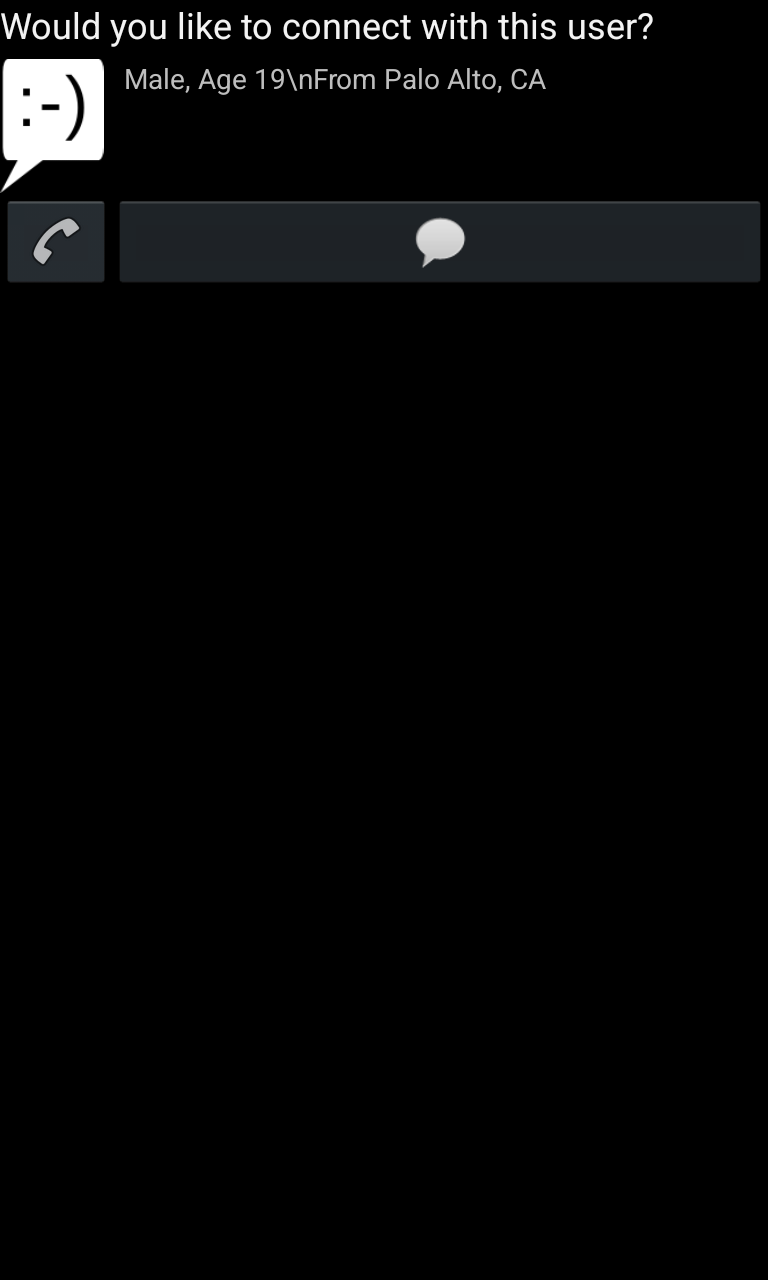
Repository: thomasteisberg/FamiliarFaces
Layout: Android/FamiliarFacesAndroid/res/layout/proposeconnection.xml
The author's editor kept a copy of each file at every save. The layout is drawn from the files as they stood at one save, then again after the next save.
It is drawn on a 768 x 1280 px phone screen (xhdpi) without system bars, with theme android:Theme.Holo; the app's code is not run.

Above is the layout before, as saved 2014-02-15 14:14:35.

### Android/FamiliarFacesAndroid/res/layout/proposeconnection.xml
<?xml version="1.0" encoding="utf-8"?>
<LinearLayout xmlns:android="http://schemas.android.com/apk/res/android"
    android:layout_width="match_parent"
    android:layout_height="match_parent"
    android:orientation="vertical">

    <TextView
        android:id="@+id/textView1"
        android:layout_width="wrap_content"
        android:layout_height="wrap_content"
        android:text="Would you like to connect with this user?"
        android:textAppearance="?android:attr/textAppearanceMedium" />

    <LinearLayout
        android:layout_width="match_parent"
        android:layout_height="wrap_content"
        android:layout_marginTop="10px">

        <ImageView
            android:id="@+id/imageView1"
            android:layout_width="52dp"
            android:layout_height="67dp"
            android:src="@drawable/icon" />

        <TextView
            android:id="@+id/textView2"
            android:layout_width="wrap_content"
            android:layout_height="wrap_content"
            android:text="Male, Age 19\nFrom Palo Alto, CA"
            android:textAppearance="?android:attr/textAppearanceSmall"
            android:layout_marginLeft="10dip" />
    </LinearLayout>

    <RelativeLayout
        android:layout_width="match_parent"
        android:layout_height="wrap_content"
        android:gravity="left" >

        <ImageButton
            android:id="@+id/imageButton1"
            android:layout_width="wrap_content"
            android:layout_height="wrap_content"
            android:layout_alignParentLeft="true"
            android:layout_alignParentTop="true"
            android:src="@android:drawable/ic_menu_call" />

        <ImageButton
            android:id="@+id/imageButton1"
            android:layout_width="wrap_content"
            android:layout_height="wrap_content"
            android:layout_alignParentLeft="true"
            android:layout_below="@+id/imageButton1"
            android:layout_alignParentLeft="true"
            android:src="@android:drawable/ic_menu_call" />

        <ImageButton
            android:id="@+id/imageButton2"
            android:layout_width="wrap_content"
            android:layout_height="wrap_content"
            android:layout_centerVertical="true"
            android:layout_toRightOf="@+id/imageButton1"
            android:layout_alignParentRight="true"
            android:src="@android:drawable/sym_action_chat" />

    </RelativeLayout>

</LinearLayout>

After the next save:
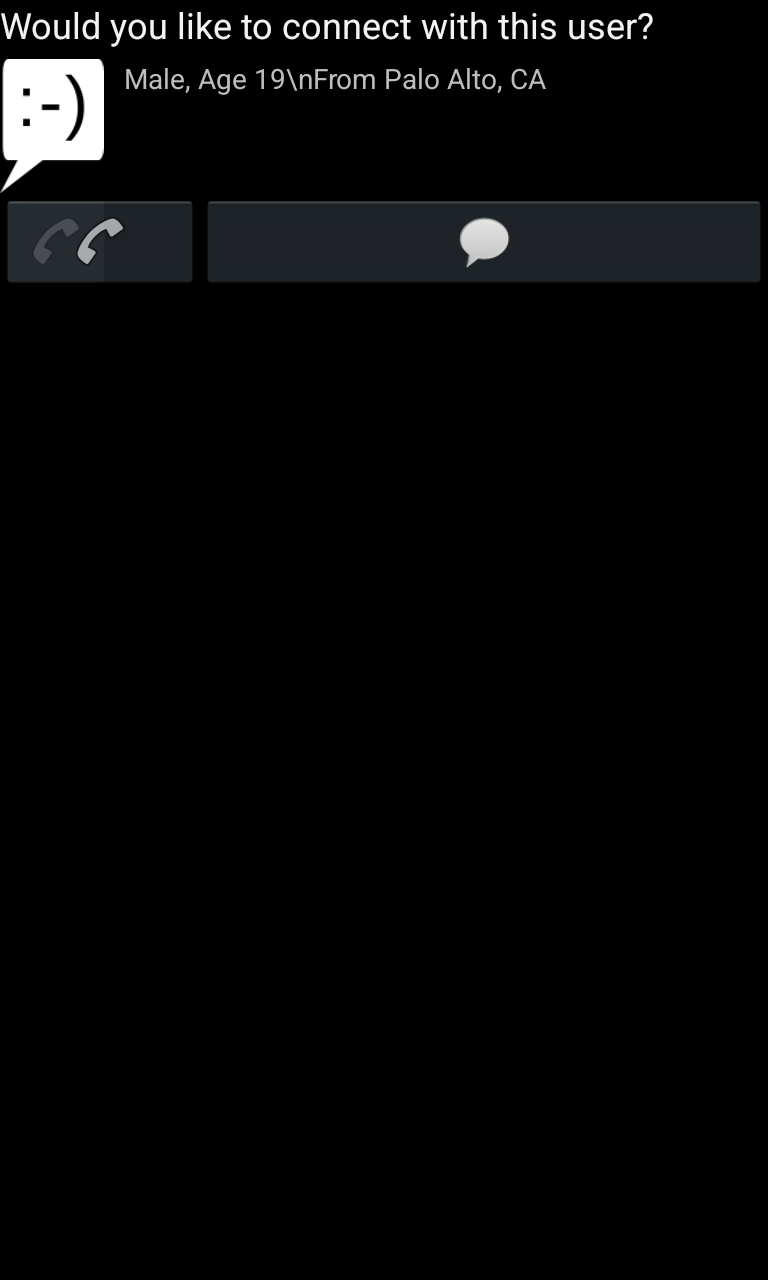
Saved 15 s later.
--- a/Android/FamiliarFacesAndroid/res/layout/proposeconnection.xml
+++ b/Android/FamiliarFacesAndroid/res/layout/proposeconnection.xml
@@ -46,7 +46,7 @@
 
         <ImageButton
             android:id="@+id/imageButton1"
-            android:layout_width="wrap_content"
+            android:layout_width="100dip"
             android:layout_height="wrap_content"
             android:layout_alignParentLeft="true"
             android:layout_below="@+id/imageButton1"
@@ -55,7 +55,7 @@
 
         <ImageButton
             android:id="@+id/imageButton2"
-            android:layout_width="wrap_content"
+            android:layout_width="100dip"
             android:layout_height="wrap_content"
             android:layout_centerVertical="true"
             android:layout_toRightOf="@+id/imageButton1"
